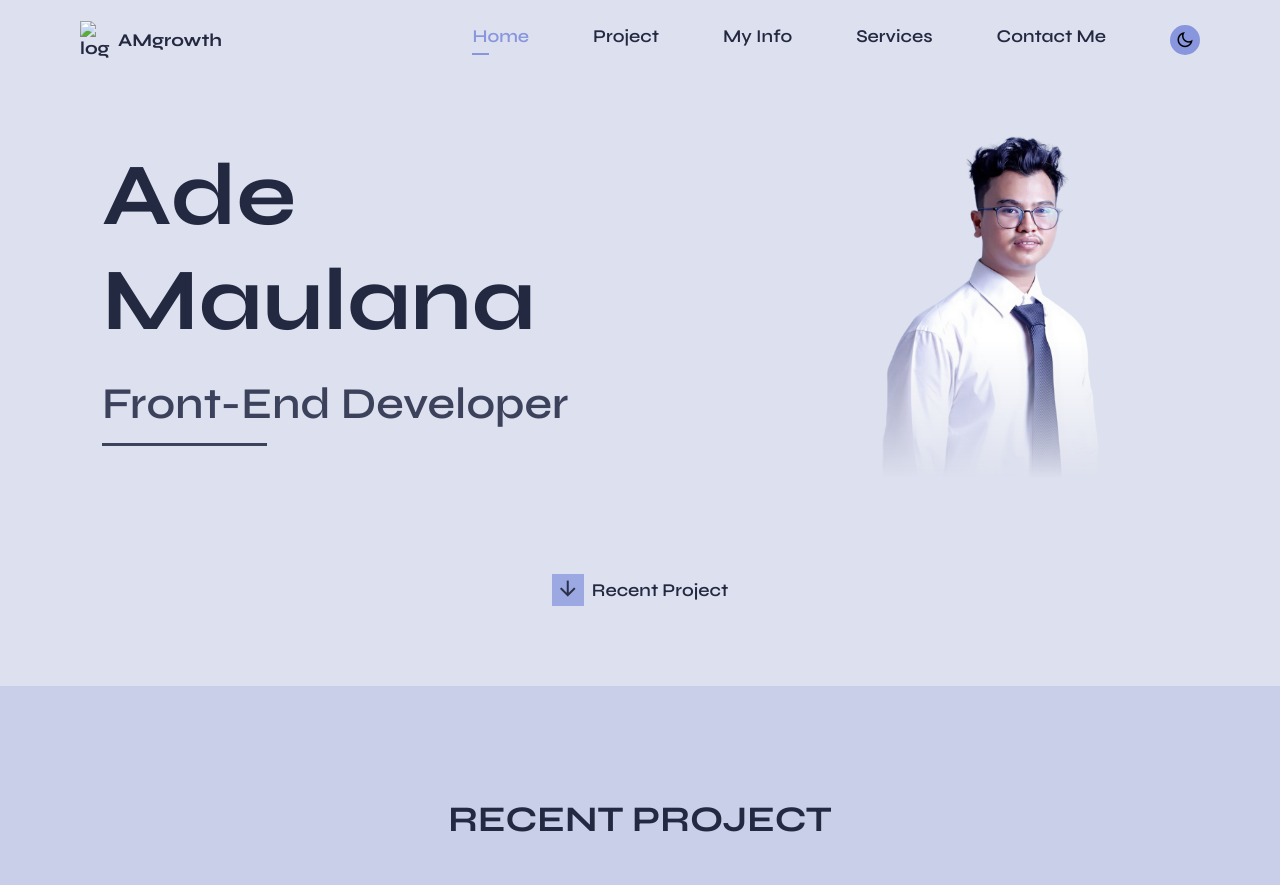
Repository: Ademaulana100499/portofolio
Page: index.html
The author's editor kept a copy of each file at every save. The page is drawn from the files as they stood at one save, then again after the next save.
The browser window is 1280 px wide. The pictures show the part of the page from y = 0 to 885 px (the page is 6336 px tall).
A picture or video elsewhere on the page could not be fetched, so the positions and the page height are approximate. Some web fonts or font styles are not loaded; a fallback is used.

Above is the page before, as saved 2024-12-02 14:17:16.

After the next save:
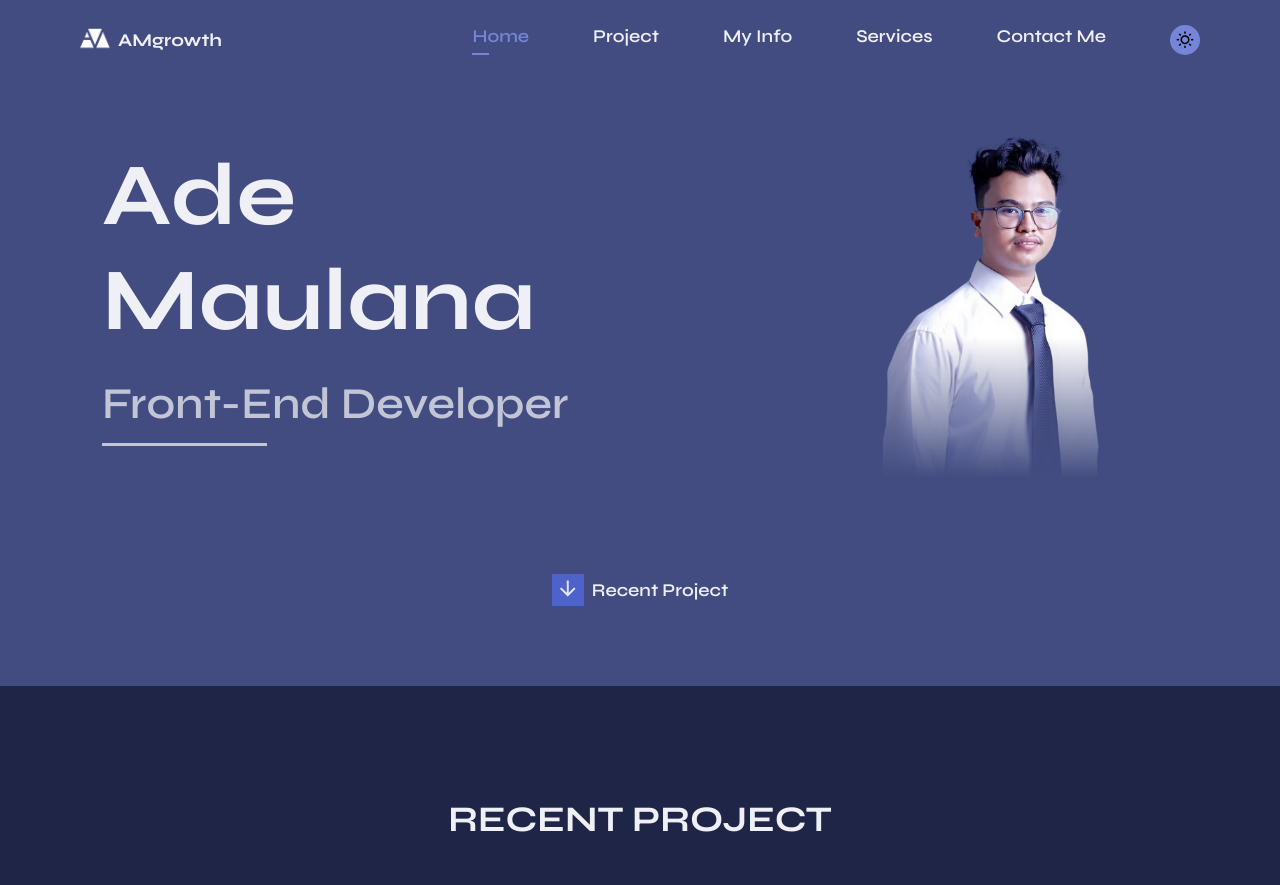
Saved 8 s later.
--- a/index.html
+++ b/index.html
@@ -11,12 +11,16 @@
     />
     <link rel="stylesheet" href="assets/css/style.css" />
   </head>
-  <body class="light-mode">
+  <body>
     <!-- HEADER -->
     <header class="header" id="header">
       <nav class="nav container">
         <a href="#" class="nav__logo">
-          <img alt="logo" class="nav__logo-img" />AMgrowth</a
+          <img
+            src="assets/img/Logo White.png"
+            alt="logo"
+            class="nav__logo-img"
+          />AMgrowth</a
         >
         <div class="nav__menu" id="nav-menu">
           <ul class="nav__list">
